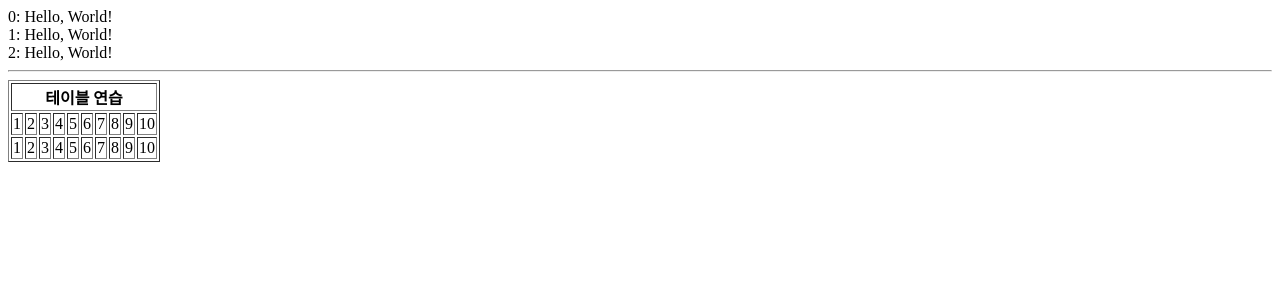
Repository: KimMinseooo/itwillStudy
Page: BACKEND/JSP/workspace_jsp/StudyJavascript/src/main/webapp/js04_1031/test11.html
The author's editor kept a copy of each file at every save. The page is drawn from the files as they stood at one save, then again after the next save.
The browser window is 1280 px wide. The pictures show the whole page.

Above is the page before, as saved 2024-10-31 01:38:59.

After the next save:
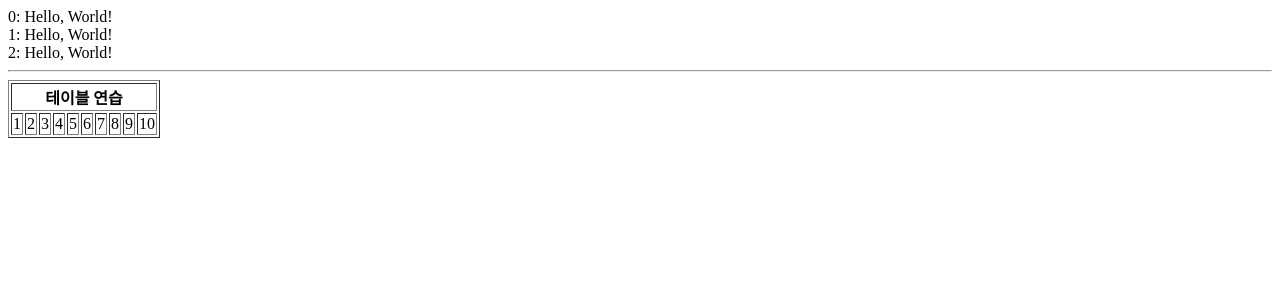
Console error: SyntaxError: Identifier 'i' has already been declared
Saved 76 s later.
--- a/BACKEND/JSP/workspace_jsp/StudyJavascript/src/main/webapp/js04_1031/test11.html
+++ b/BACKEND/JSP/workspace_jsp/StudyJavascript/src/main/webapp/js04_1031/test11.html
@@ -60,6 +60,14 @@
 			document.write(`<td>${i+1}</td>`);
 		}
 		document.write("</tr>");
+
+		document.write("<tr>");
+		let i=0;
+		while (i<10) {
+			document.write(`<td>${i+1}</td>`);
+			i++;
+		}
+		document.write("</tr>");
 		</script>
 	</table>
 

After the save that followed:
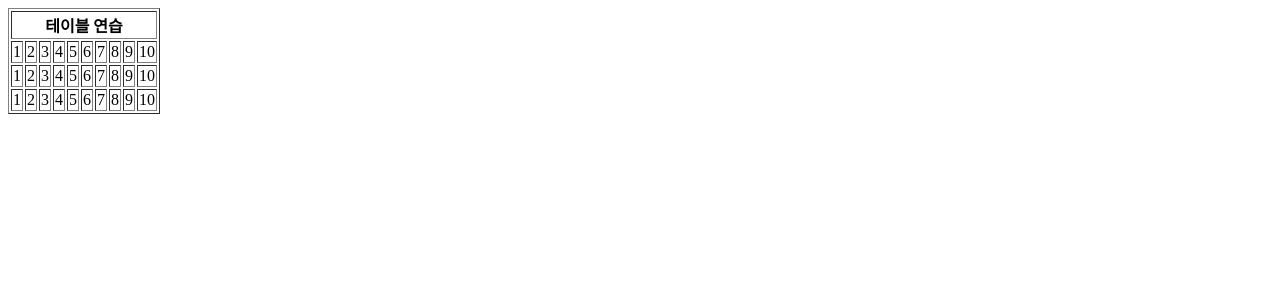
The error is gone.
Saved 56 s later.
--- a/BACKEND/JSP/workspace_jsp/StudyJavascript/src/main/webapp/js04_1031/test11.html
+++ b/BACKEND/JSP/workspace_jsp/StudyJavascript/src/main/webapp/js04_1031/test11.html
@@ -24,13 +24,13 @@
 *
 */
 
-	let i =0;
-	while (i<3) {
-		document.write(i +": Hello, World!<br>");
-		i++;
+// 	let i =0;
+// 	while (i<3) {
+// 		document.write(i +": Hello, World!<br>");
+// 		i++;
 
-	}
-	document.write("<hr>");
+// 	}
+// 	document.write("<hr>");
 
 
 
@@ -61,8 +61,9 @@
 		}
 		document.write("</tr>");
 
+		let i=0;
 		document.write("<tr>");
-		let i=0;
+
 		while (i<10) {
 			document.write(`<td>${i+1}</td>`);
 			i++;
